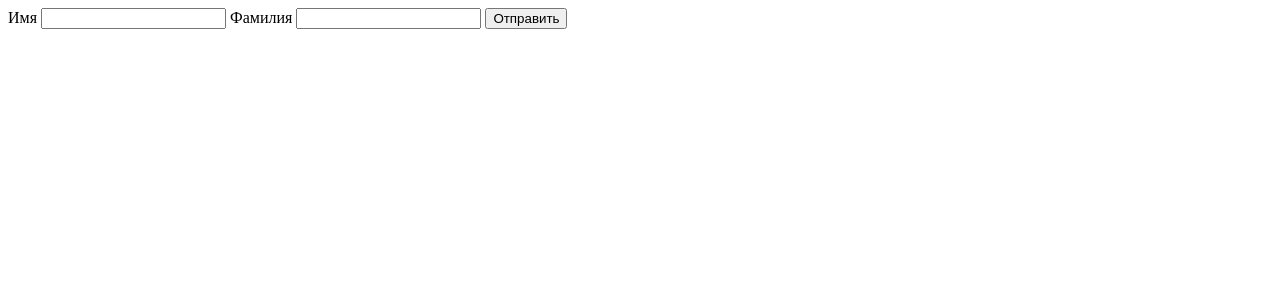
Repository: dflbv879/springefamiliarization
Page: WebApp/WebContent/NewFile.html
An editor plug-in stored every save of this project. The page is shown before and after the next save, followed by the edit.
The browser window is 1280 px wide. The pictures show the whole page.

Above is the page before, as saved 2019-05-13 00:17:51.

After the next save:
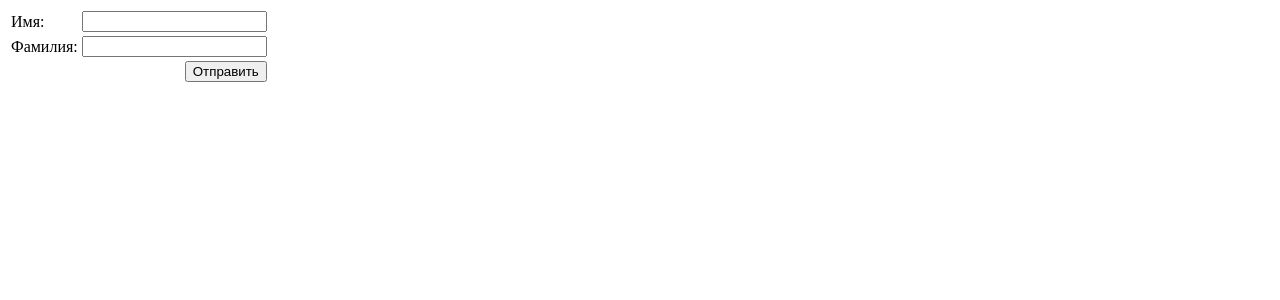
Saved 6 min 30 s later.
--- a/WebApp/WebContent/NewFile.html
+++ b/WebApp/WebContent/NewFile.html
@@ -5,10 +5,21 @@
 <title>Insert title here</title>
 </head>
 <body>
-  <form method = "post" action="MyServlet">
-      Имя <input type = "text" name = "firstName">
-      Фамилия <input type="text" name = "secondName">
-      <input type ="submit" value = "Отправить">
+  <form method = "get" action="MyServlet">
+    <table>
+      <tr>
+         <td>Имя:</td>
+         <td><input type ="text" name="firstName"></td>
+      </tr>
+      <tr>
+         <td>Фамилия:</td>
+         <td><input type ="text" name="secondName"></td>
+      </tr>
+      <tr>
+        <td align = "right" colspan="2"><input type="submit" value="Отправить"></td>
+      </tr>
+    </table>
+
   </form>
 </body>
 </html>
